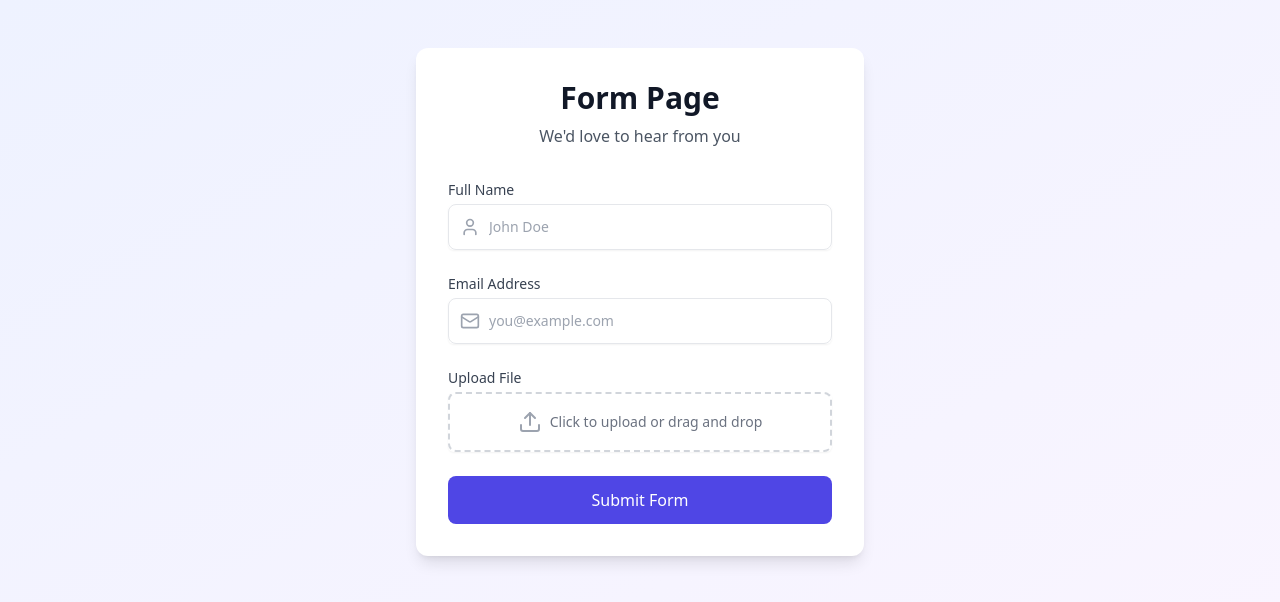
Repository: Subhashree-Nayak507/Test
Page: / (app in client/)
The author's editor kept a copy of each file at every save. The page is drawn from the files as they stood at one save, then again after the next save.
The browser window is 1280 px wide. The pictures show the whole page.
The project was rebuilt for these pictures with package versions that can differ from the ones it lists, and the page was loaded fresh each time. Also part of the build but not shown: client/vite.config.js.

Above is the page before, as saved 2025-01-02 15:50:50.

### client/src/main.jsx
import React from 'react'
import ReactDOM from 'react-dom/client'
import App from './App.jsx'
import './index.css'
import { BrowserRouter } from 'react-router-dom'

ReactDOM.createRoot(document.getElementById('root')).render(
    <BrowserRouter>
       <App />
    </BrowserRouter>

)

### client/src/App.jsx
import { Route, Routes } from 'react-router-dom';
import FormPage from './pages/FormPage';

const App = () =>{
    return (
        // < >
        //  <Routes >
        //     <Route path="/formPage" element={<FormPage />} />
        //  </Routes>
        // </>
        <FormPage />
      )

}
export default App;

### client/src/pages/FormPage.jsx
import React, { useState } from 'react';
import { Mail, User, Upload } from 'lucide-react';

const FormPage = () => {
  const [formData, setFormData] = useState({
    name: '',
    email: '',
    file: null
  });

  const handleChange = (e) => {
    const { name, value, files } = e.target;
    setFormData(prev => ({
      ...prev,
      [name]: files ? files[0] : value
    }));
  };

  const handleSubmit = (e) => {
    e.preventDefault();
    console.log('Form submitted:', formData);
  };

  return (
    <div className="min-h-screen bg-gradient-to-br from-indigo-50 to-purple-50 py-12 px-4">
      <div className="max-w-md mx-auto bg-white rounded-xl shadow-lg">
        <div className="p-8">
          <div className="text-center mb-8">
            <h2 className="text-3xl font-bold text-gray-900">Form Page</h2>
            <p className="mt-2 text-gray-600">We'd love to hear from you</p>
          </div>

          <form onSubmit={handleSubmit} className="space-y-6">
            <div className="relative">
              <label className="block text-sm font-medium text-gray-700 mb-1">
                Full Name
              </label>
              <div className="relative rounded-md shadow-sm">
                <div className="absolute inset-y-0 left-0 pl-3 flex items-center pointer-events-none">
                  <User className="h-5 w-5 text-gray-400" />
                </div>
                <input
                  type="text"
                  name="name"
                  value={formData.name}
                  onChange={handleChange}
                  className="pl-10 w-full rounded-lg border border-gray-200 py-3 text-sm outline-none focus:border-indigo-500 focus:ring-1 focus:ring-indigo-500"
                  placeholder="John Doe"
                  required
                />
              </div>
            </div>

            <div className="relative">
              <label className="block text-sm font-medium text-gray-700 mb-1">
                Email Address
              </label>
              <div className="relative rounded-md shadow-sm">
                <div className="absolute inset-y-0 left-0 pl-3 flex items-center pointer-events-none">
                  <Mail className="h-5 w-5 text-gray-400" />
                </div>
                <input
                  type="email"
                  name="email"
                  value={formData.email}
                  onChange={handleChange}
                  className="pl-10 w-full rounded-lg border border-gray-200 py-3 text-sm outline-none focus:border-indigo-500 focus:ring-1 focus:ring-indigo-500"
                  placeholder="you@example.com"
                  required
                />
              </div>
            </div>

            <div className="relative">
              <label className="block text-sm font-medium text-gray-700 mb-1">
                Upload File
              </label>
              <div className="relative rounded-md shadow-sm">
                <div className="relative rounded-lg border-2 border-dashed border-gray-300 p-4 hover:border-indigo-500 transition-colors">
                  <div className="flex items-center justify-center">
                    <Upload className="h-6 w-6 text-gray-400 mr-2" />
                    <input
                      type="file"
                      name="file"
                      onChange={handleChange}
                      className="absolute inset-0 w-full h-full opacity-0 cursor-pointer"
                    />
                    <span className="text-sm text-gray-500">
                      Click to upload or drag and drop
                    </span>
                  </div>
                </div>
              </div>
            </div>

            <button
              type="submit"
              className="w-full bg-indigo-600 text-white py-3 px-4 rounded-lg font-medium hover:bg-indigo-700 transition-colors focus:outline-none focus:ring-2 focus:ring-offset-2 focus:ring-indigo-500"
            >
              Submit Form
            </button>
          </form>
        </div>
      </div>
    </div>
  );
};

export default FormPage;

Loaded but not shown: client/index.html (common file); client/src/index.css (common file); client/tailwind.config.js (common file)

After the next save:
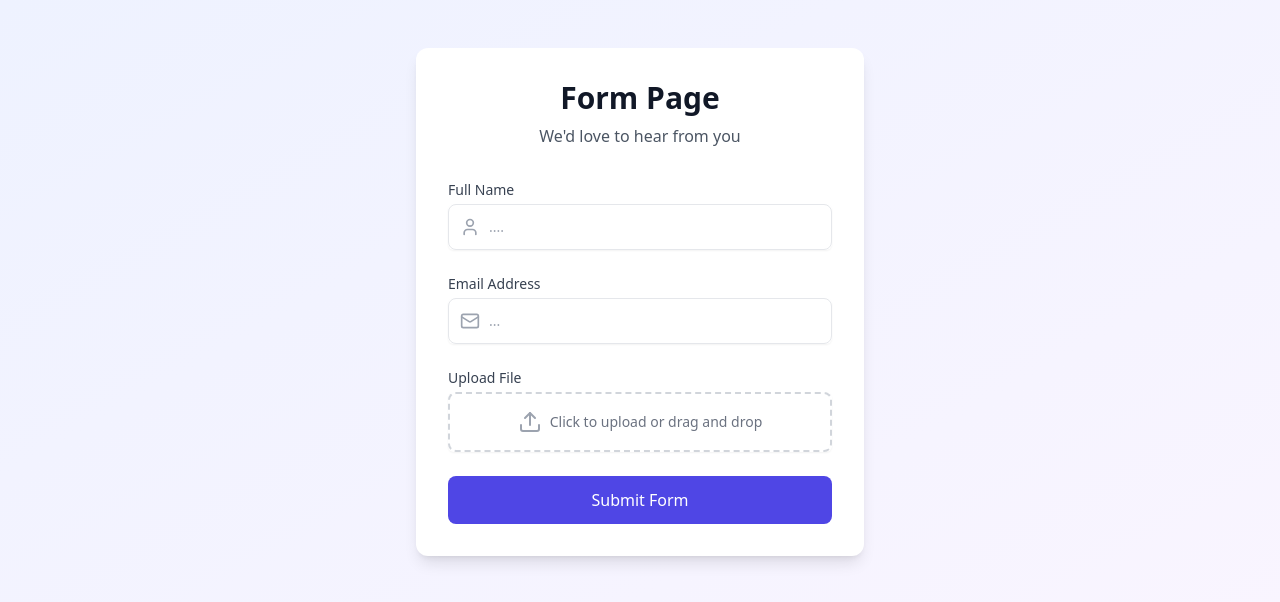
Saved 51 s later.
--- a/client/src/pages/FormPage.jsx
+++ b/client/src/pages/FormPage.jsx
@@ -45,7 +45,7 @@ const FormPage = () => {
                   value={formData.name}
                   onChange={handleChange}
                   className="pl-10 w-full rounded-lg border border-gray-200 py-3 text-sm outline-none focus:border-indigo-500 focus:ring-1 focus:ring-indigo-500"
-                  placeholder="John Doe"
+                  placeholder="...."
                   required
                 />
               </div>
@@ -65,7 +65,7 @@ const FormPage = () => {
                   value={formData.email}
                   onChange={handleChange}
                   className="pl-10 w-full rounded-lg border border-gray-200 py-3 text-sm outline-none focus:border-indigo-500 focus:ring-1 focus:ring-indigo-500"
-                  placeholder="you@example.com"
+                  placeholder="..."
                   required
                 />
               </div>
